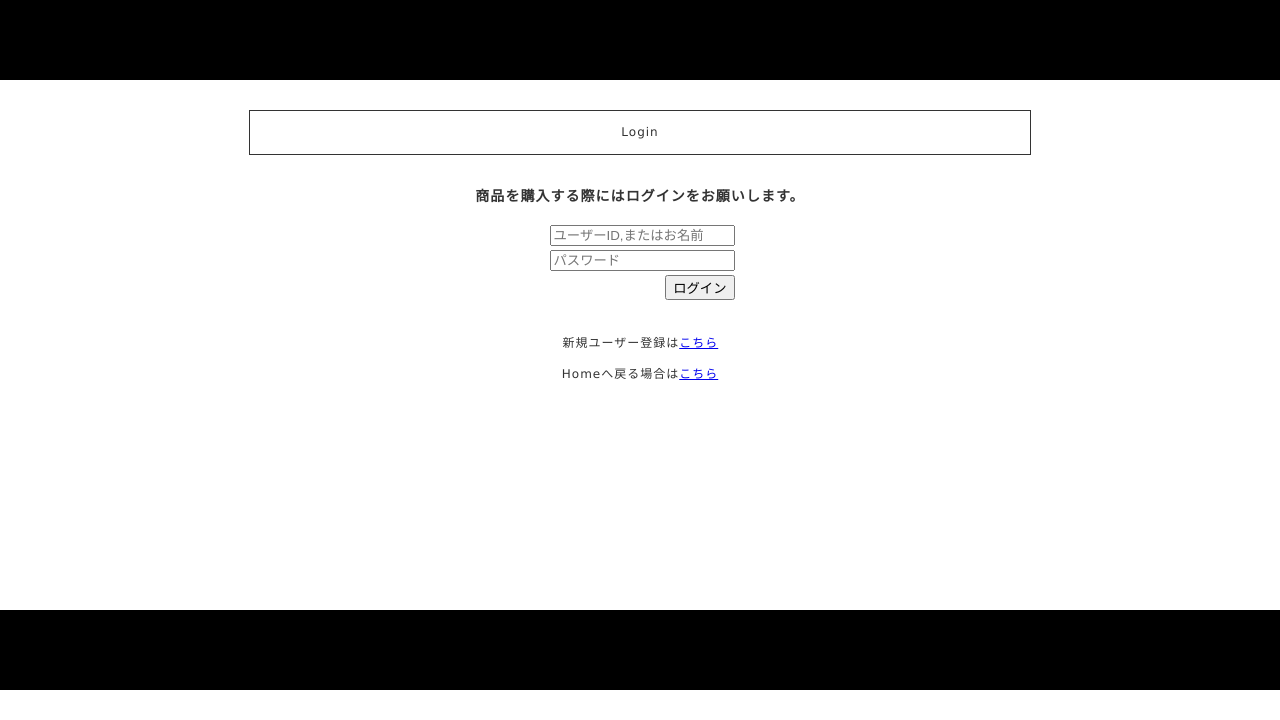
Repository: SNMAGNET/backup
Page: http://localhost/ecsite/HomeAction.action
The author's editor kept a copy of each file at every save. The page is drawn from the files as they stood at one save, then again after the next save.
The browser window is 1280 px wide. The pictures show the whole page.
The page is served by Tomcat 9.

Above is the page before, as saved 2018-01-18 08:36:41.

After the next save:
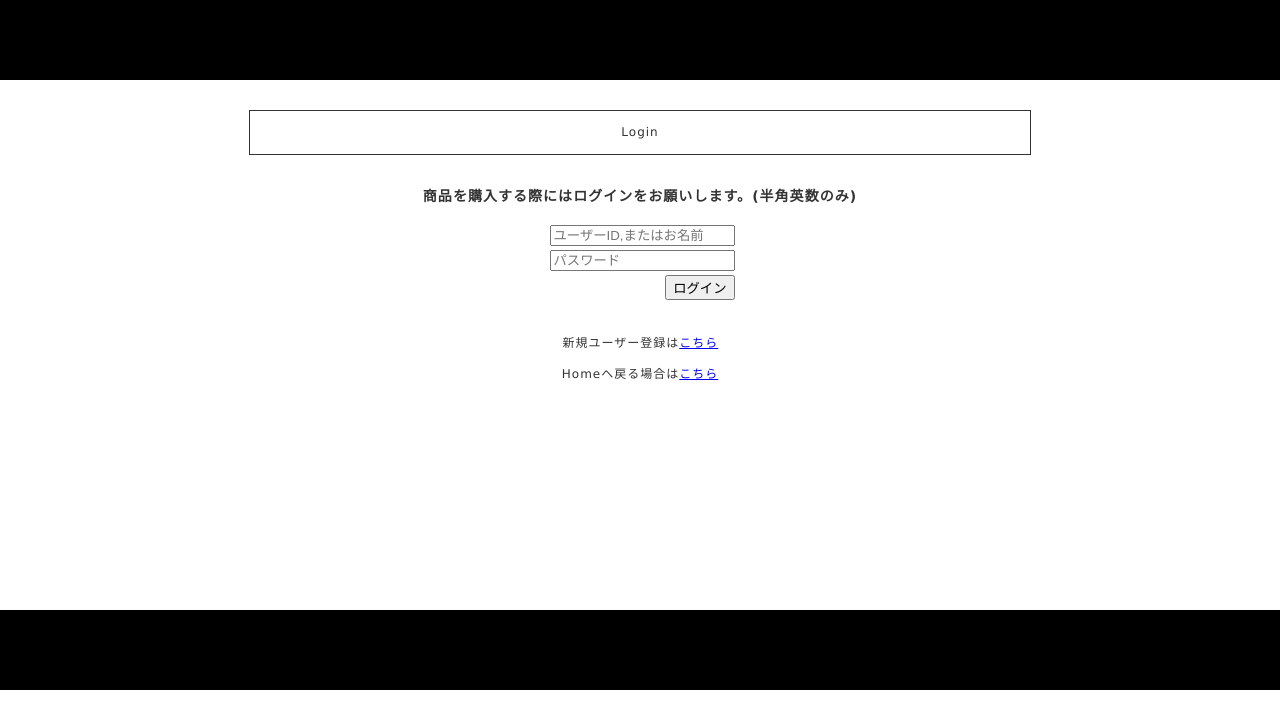
Saved 4 min 5 s later.
--- a/ecsite/WebContent/login.jsp
+++ b/ecsite/WebContent/login.jsp
@@ -75,7 +75,7 @@
 			<p>Login</p>
 		</div>
 		<div>
-			<h3>商品を購入する際にはログインをお願いします。</h3>
+			<h3>商品を購入する際にはログインをお願いします。(半角英数のみ)</h3>
 			<s:form action="LoginAction">
 				<s:textfield name="loginParam"
 				             placeholder="ユーザーID,またはお名前"/>
